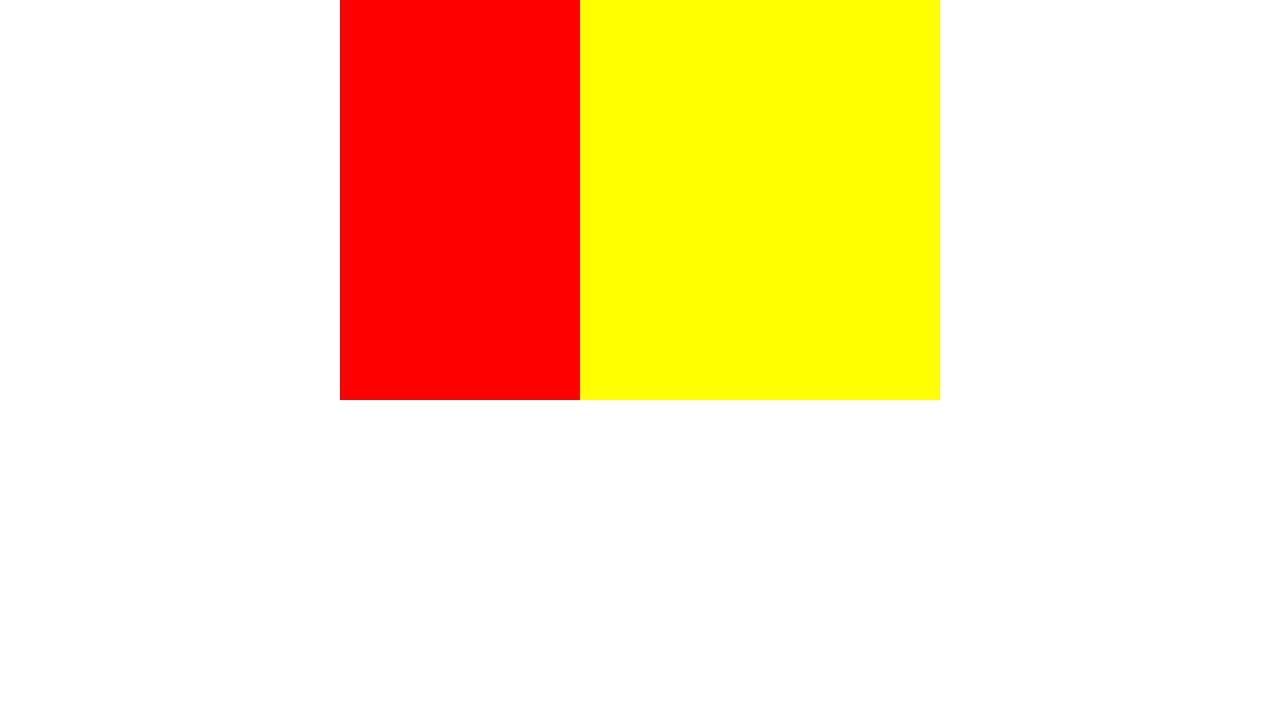
Repository: jinggegeZ/livechat
Page: /
These files come from the project's save history. The page is drawn as it stood at one moment and after the next save; the edit follows.
The browser window is 1280 px wide. The pictures show the whole page.
The project was rebuilt for these pictures with package versions that can differ from the ones it lists, and the page was loaded fresh each time.

Above is the page before, as saved 2020-08-17 10:50:56.

### src/App.vue
<template>
  <div id="app">

    <router-view/>
  </div>
</template>

<style lang="scss">
*{
  margin: 0;
  padding: 0;
}
</style>

### src/views/Home.vue
<template>
 <div class="content">
    <div class="content-c">
      <div class="box">
        <div class="box1"></div>
        <div class="box2"></div>





      </div>
    </div>
 </div>
</template>

<script>
 export default {
   name: '',
   props: {
   },
   components: {

   },
   data () {
     return {

     }
   },
   methods: {

   },
   mounted() {

   },
   watch: {

   },
   computed: {

   }
 }
</script>

<style scoped lang='scss'>
.content {
  width: 100%;
  display: flex;
  justify-content: center;
}
.content-c {
  width: 95%;
  display: flex;
  justify-content: center;
  align-items: center;
}
.box {
  width: 600px;
  height: 400px;
  background: white;
  display: flex;
}
.box1 {
  flex: 4;
  height: 100%;
  background:red;
}
.box2 {
  flex: 6;
  height: 100%;
  background: yellow;
}
</style>

Loaded but not shown: public/index.html (common file); src/main.js (common file); src/router/index.js (common file); src/store/index.js (common file)

After the next save:
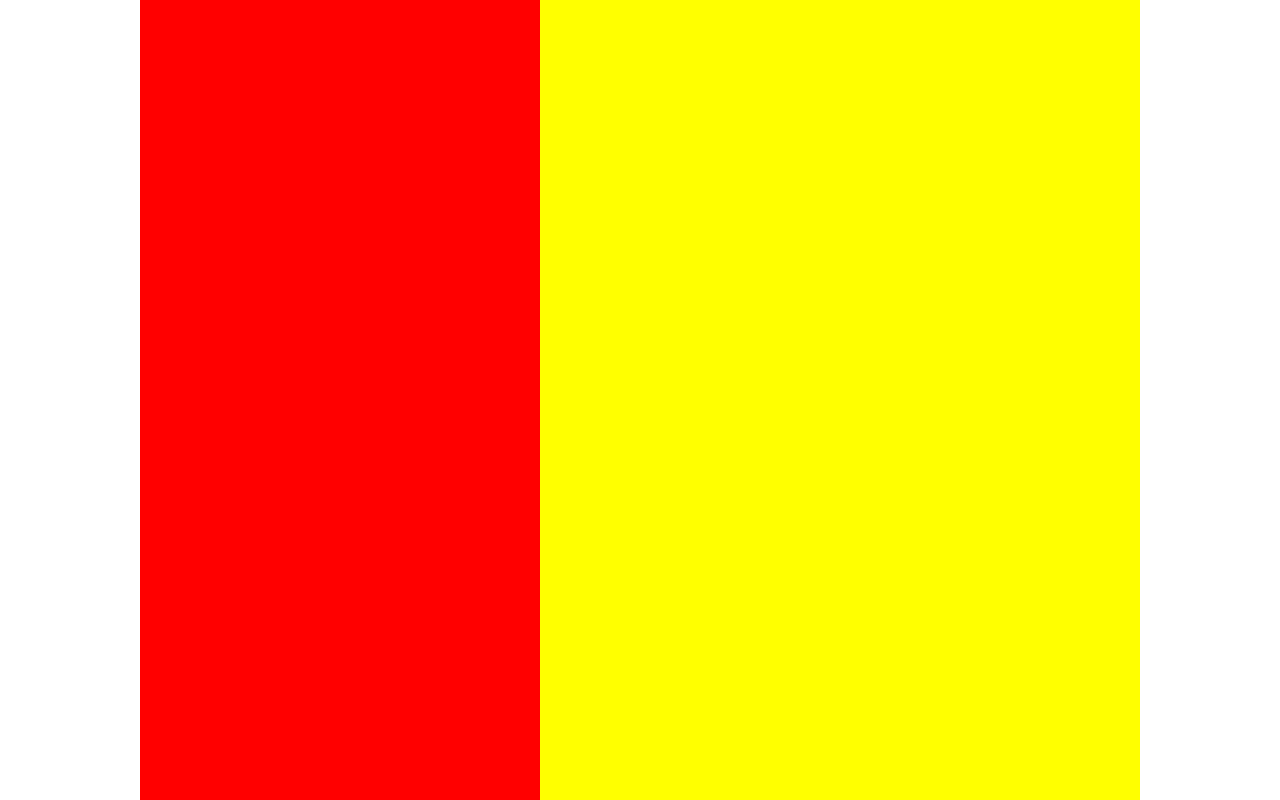
Saved 14 s later.
--- a/src/views/Home.vue
+++ b/src/views/Home.vue
@@ -55,8 +55,8 @@
   align-items: center;
 }
 .box {
-  width: 600px;
-  height: 400px;
+  width: 1000px;
+  height: 800px;
   background: white;
   display: flex;
 }
